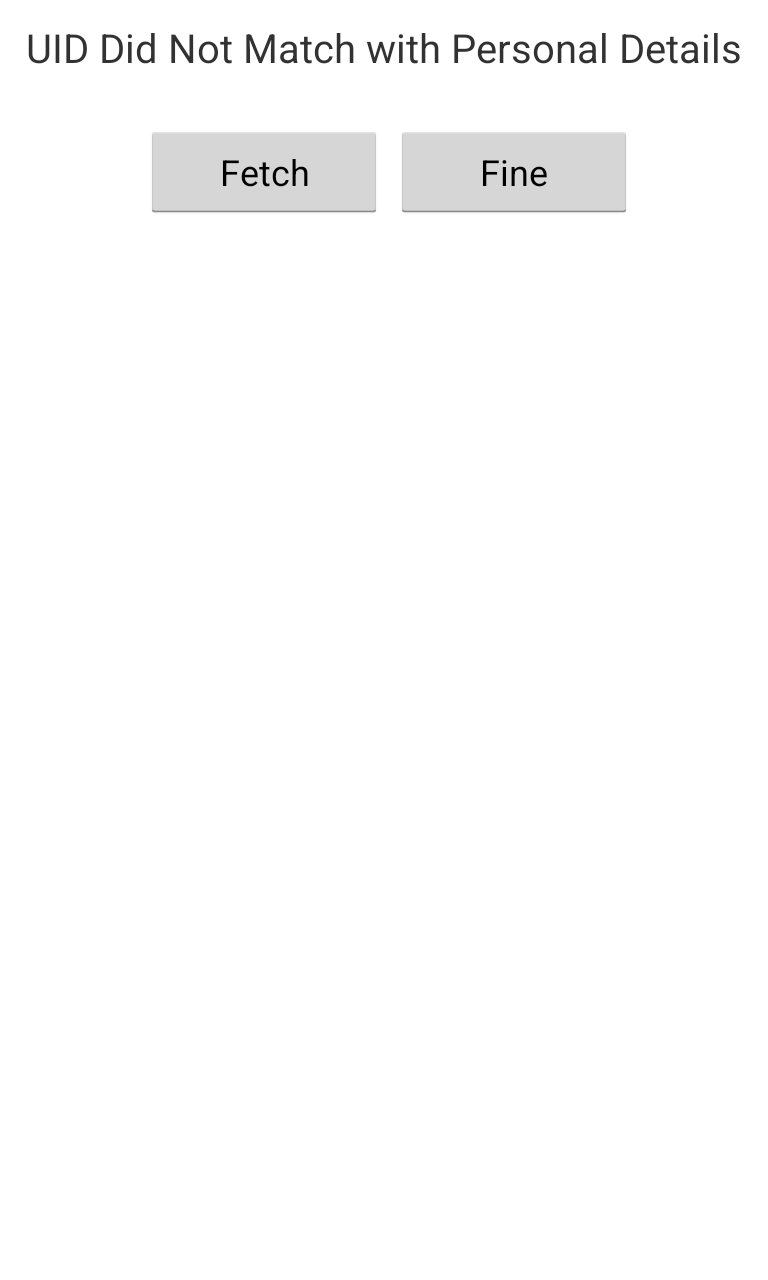
Repository: LennoxAlexion/UID
Layout: Android App/Uid-Project/res/layout/activity_qr_result_failure.xml
These files come from the project's save history. The layout is drawn as it stood at one moment and after the next save; the edit follows.
It is drawn on a 768 x 1280 px phone screen (xhdpi) without system bars, with theme AppTheme; the app's code is not run.

Above is the layout before, as saved 2015-03-29 07:16:32.

After the next save:
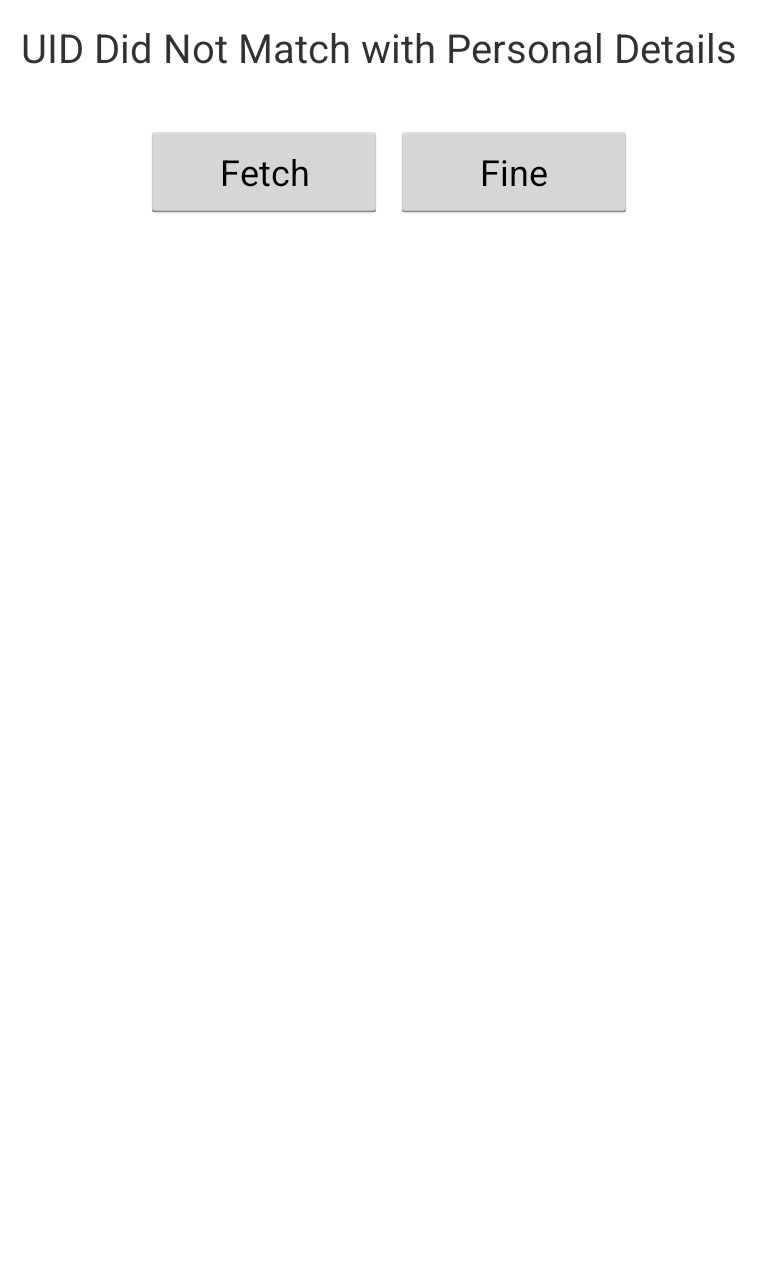
Saved 4 s later.
--- a/Android App/Uid-Project/res/layout/activity_qr_result_failure.xml
+++ b/Android App/Uid-Project/res/layout/activity_qr_result_failure.xml
@@ -11,7 +11,7 @@
         android:text="UID Did Not Match with Personal Details"
         android:layout_margin="10dp"
         android:textSize="20dp"
-        android:layout_gravity="center"/>
+        android:gravity="center"/>
 
 
     <LinearLayout
